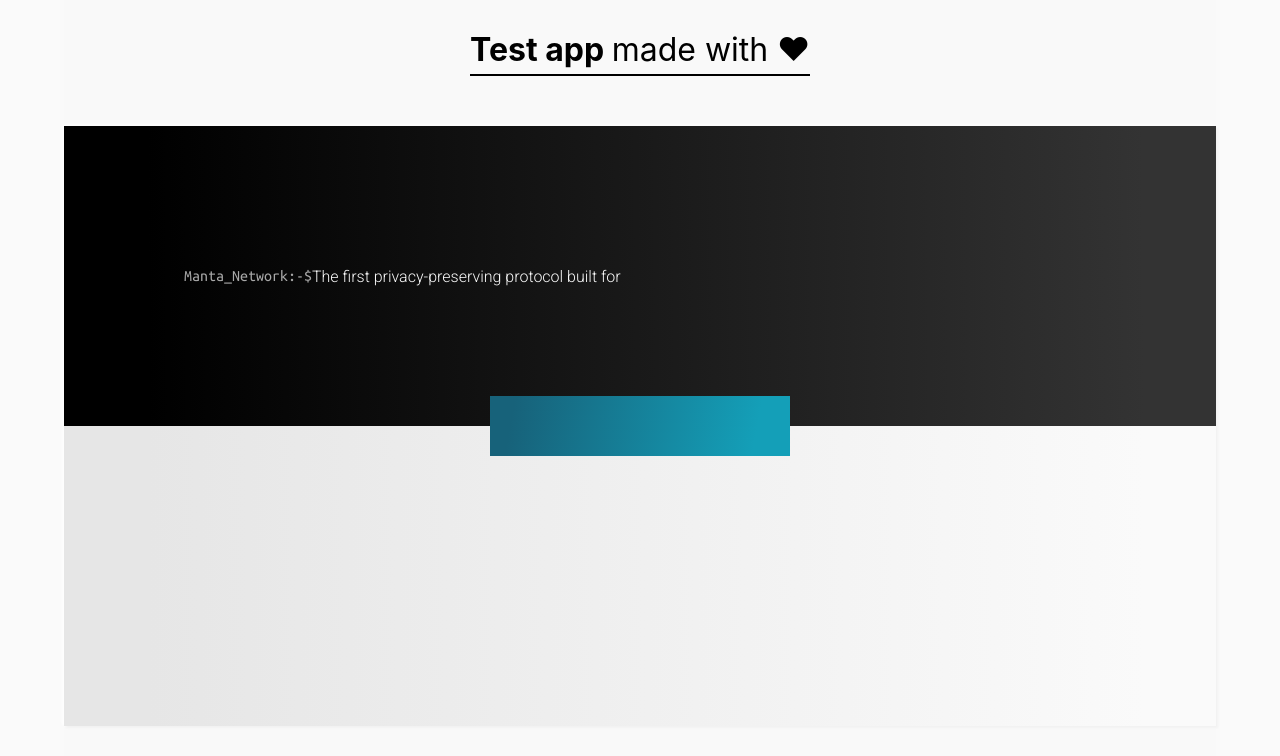
Repository: Khattak01/test-app
Page: /
The author's editor kept a copy of each file at every save. The page is drawn from the files as they stood at one save, then again after the next save.
The browser window is 1280 px wide. The pictures show the whole page.
The project was rebuilt for these pictures with package versions that can differ from the ones it lists, and the page was loaded fresh each time.

Above is the page before, as saved 2021-05-12 08:18:04.

After the next save:
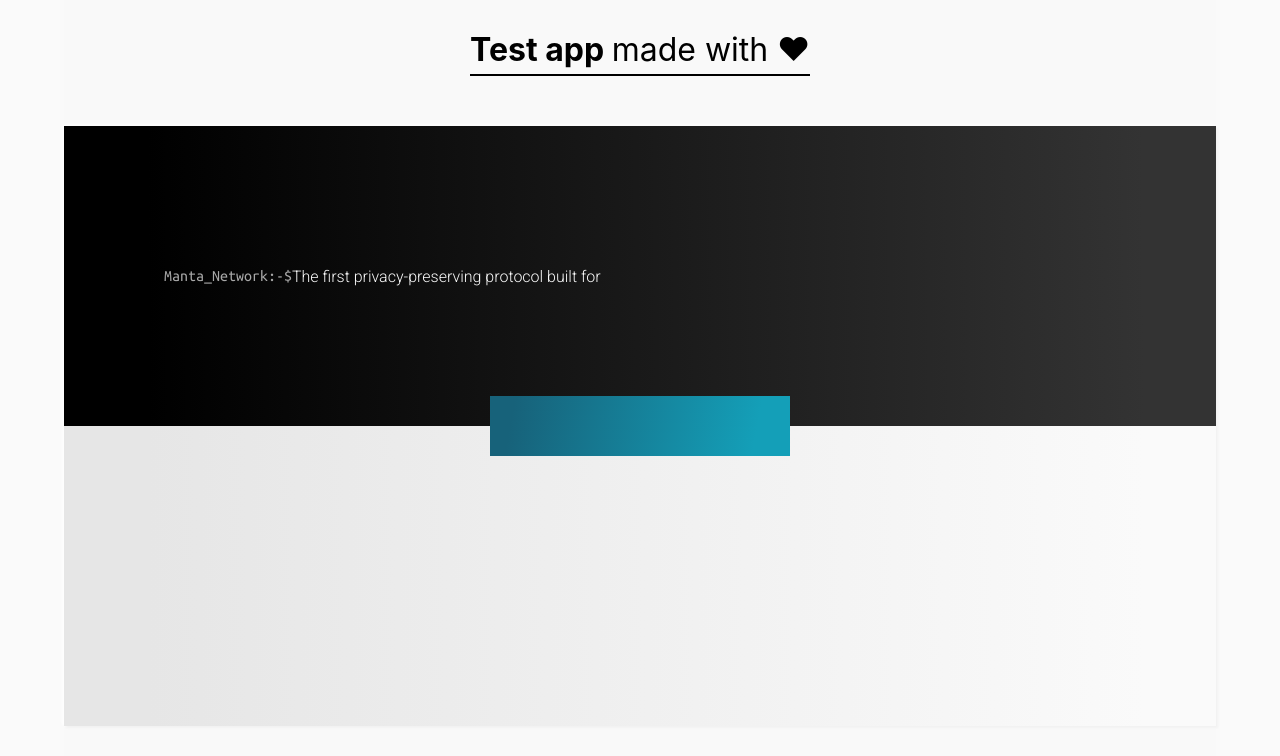
Saved 5 s later.
--- a/src/components/banner/Banner.module.css
+++ b/src/components/banner/Banner.module.css
@@ -18,7 +18,7 @@
 
   display: flex;
   align-items: center;
-  padding-left: 120px;
+  padding-left: 100px;
 
 }
 .banner__center{
